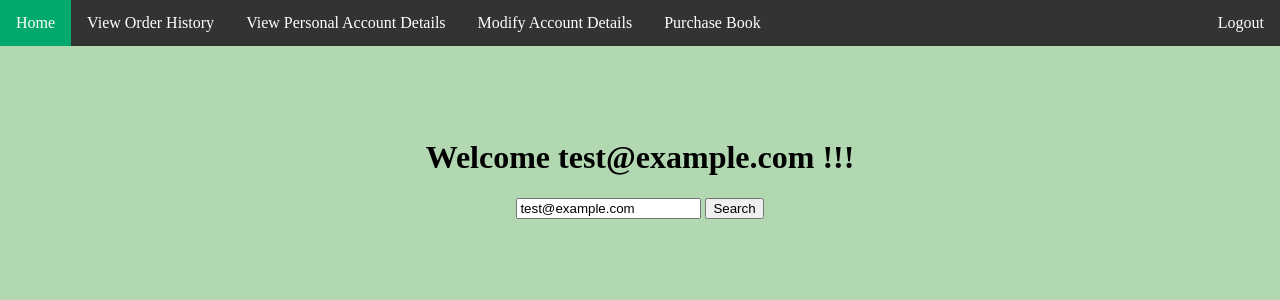
Repository: sach7691/original-book-store
Page: http://localhost/online-book-store-application/dashboard.jsp
These files come from the project's save history. The page is drawn as it stood at one moment and after the next save; the edit follows.
The browser window is 1280 px wide. The pictures show the whole page.
The page is served by Tomcat 9. The session is filled in as if someone had signed in: {"email": "test@example.com"}. Other server files are loaded and not shown.

Above is the page before, as saved 2022-08-31 15:08:26.

### online-book-store-application/src/main/webapp/dashboard.jsp

<%@ page language="java" contentType="text/html; charset=ISO-8859-1"
	pageEncoding="ISO-8859-1"%>
<%@ taglib uri="http://java.sun.com/jsp/jstl/core" prefix="c"%>
<!DOCTYPE html>
<html>
<head>
<meta charset="ISO-8859-1">
<meta name="viewport" content="width=device-width, initial-scale=1.0">
<title>Dashboard</title>
</head>
<body>
	<%

  response.setHeader("Cache-Control", "no-cache,no-store,must-revalidate"); //prevent back button after logout HTTP 1.1
  //HTTP 1.0 and if you use proxy seperatly should remove cache to prevent back button
   response.setHeader("Pragma","no-cache"); //HTTP 1.0
   response.setDateHeader ("Expires", 0);
  if(session.getAttribute("email")==null){
	response.sendRedirect("login.jsp");
}
%>
<style>


body
{
  margin: 0;
  background: rgba(0, 128, 0, 0.3);

}
 letter {
   color: #ea503f;
   font-family: Arial;
   float: center;
 }

ul.topnav {
  list-style-type: none;
  margin: 0;
  padding: 0;
  overflow: hidden;
  background-color: #333;
}

ul.topnav li {float: left;}

ul.topnav li a {
  display: block;
  color: white;
  text-align: center;
  padding: 14px 16px;
  text-decoration: none;
}

ul.topnav li a:hover:not(.active) {background-color: #111;}

ul.topnav li a.active {background-color: #04AA6D;}

ul.topnav li.right {float: right;}

@media screen and (max-width: 600px) {
  ul.topnav li.right,
  ul.topnav li {float: none;}
}
</style>
</head>
<body>
<form action="http://localhost:8080/online-book-store-application/LogoutCustomerServlet" method="GET">
<div>
<ul class="topnav">
  <li><a class="active" href="welcome.jsp">Home</a></li>
  <li><a  href="">View Order History</a></li>
  <li><a href="">View Personal Account Details</a></li>
  <li><a href="">Modify Account Details</a></li>
  <li><a href="">Purchase Book</a></li>
  <li class="right"><a href="login.jsp">Logout</a></li>
</ul>
<br>
<br>
<br>
<br>
</div>
<center>
<div>
<p style="color: red;"><h1>Welcome ${email} !!!</h1></p>
</div>

<form action="http://localhost:8080/online-book-store-application/AccountDetailsServlet"  method="POST">
 <input type="text" id="email" name="email" value= "${email}"placeholder="Enter a valid ISBN">
 <input type="submit"  value="Search"></center>
 </form>





</center>
</form>

</body>
</html>

After the next save:
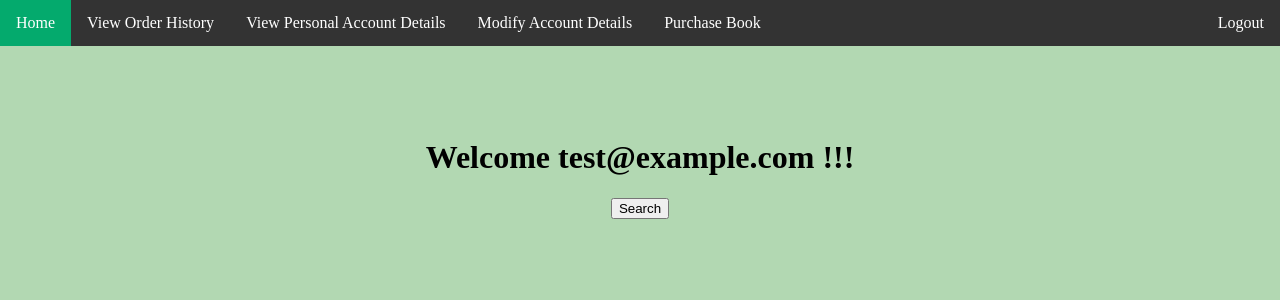
Saved 13 s later.
--- a/online-book-store-application/src/main/webapp/dashboard.jsp
+++ b/online-book-store-application/src/main/webapp/dashboard.jsp
@@ -87,7 +87,7 @@
 </div>
 
 <form action="http://localhost:8080/online-book-store-application/AccountDetailsServlet"  method="POST">
- <input type="text" id="email" name="email" value= "${email}"placeholder="Enter a valid ISBN">
+ <input type="text" id="email" name="email" value= "${email}" hidden="">
  <input type="submit"  value="Search"></center>
  </form>
 

After the 2 saves that followed:
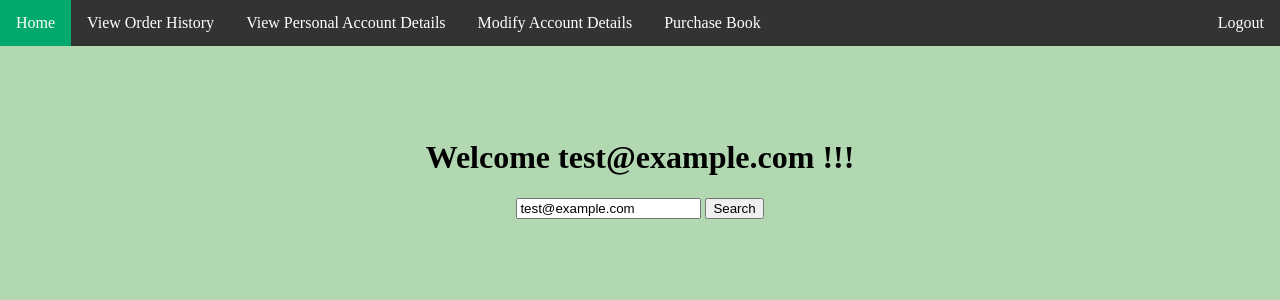
The 2 saves are shown as one change because 1 left the picture as it was.
The last was saved 10 min 58 s later.
--- a/online-book-store-application/src/main/webapp/dashboard.jsp
+++ b/online-book-store-application/src/main/webapp/dashboard.jsp
@@ -87,14 +87,9 @@
 </div>
 
 <form action="http://localhost:8080/online-book-store-application/AccountDetailsServlet"  method="POST">
- <input type="text" id="email" name="email" value= "${email}" hidden="">
+ <input type="text" id="email" name="email" value= "${email}" >
  <input type="submit"  value="Search"></center>
  </form>
-
-
-
-
-
 </center>
 </form>
 
